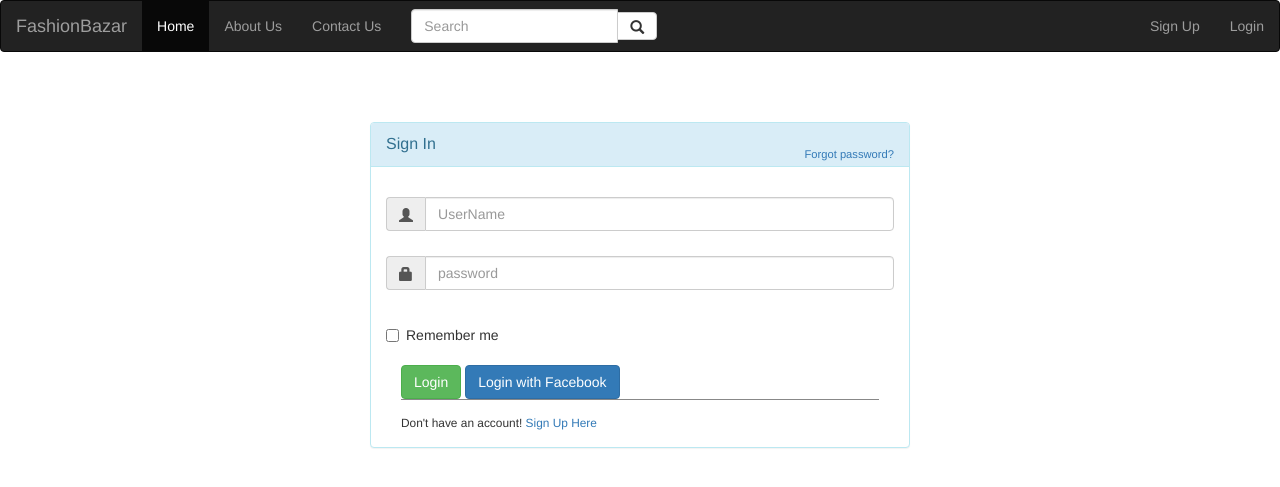
Repository: SmithaMendonca/Project-1
Page: http://localhost/FashionBazarFrontend/WEB-INF/views/Login.jsp
An editor plug-in stored every save of this project. The page is shown before and after the next save, followed by the edit.
The browser window is 1280 px wide. The pictures show the whole page.
The page is served by Tomcat 9. Nobody is signed in. The template is opened directly, without the code that normally fills it, so the values that code supplies are empty.

Above is the page before, as saved 2019-06-05 17:18:25.

After the next save:
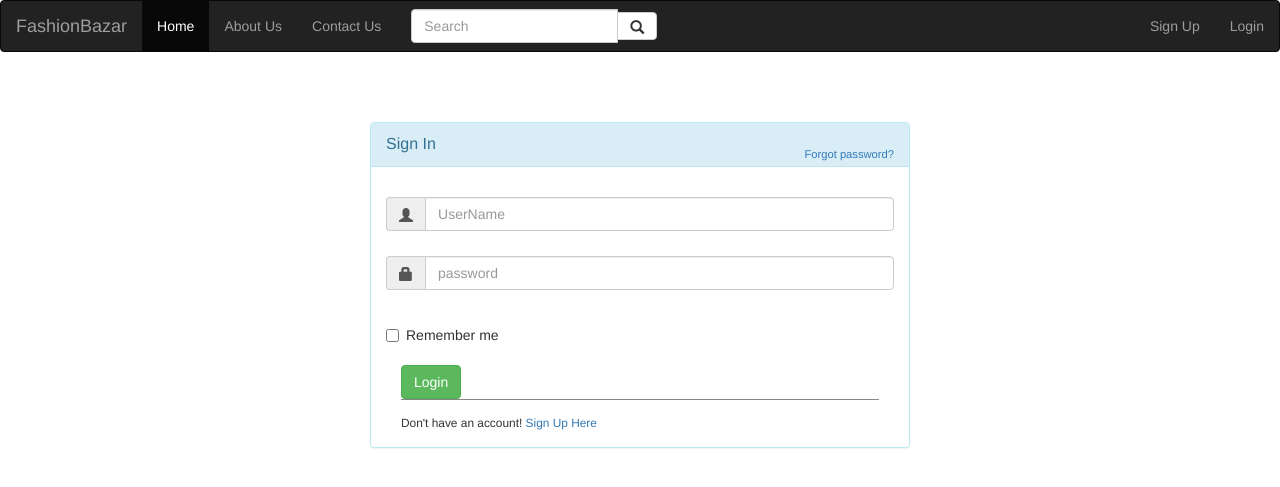
Saved 10 h 13 min later.
--- a/FashionBazarFrontend/src/main/webapp/WEB-INF/views/Login.jsp
+++ b/FashionBazarFrontend/src/main/webapp/WEB-INF/views/Login.jsp
@@ -38,8 +38,6 @@
 
                                     <div class="col-sm-12 controls">
                                          <input type="submit" value="Login" class="btn btn-success"/>
-                                      <a id="btn-fblogin" href="#" class="btn btn-primary">Login with Facebook</a>
-
                                     </div>
                                 </div>
 
